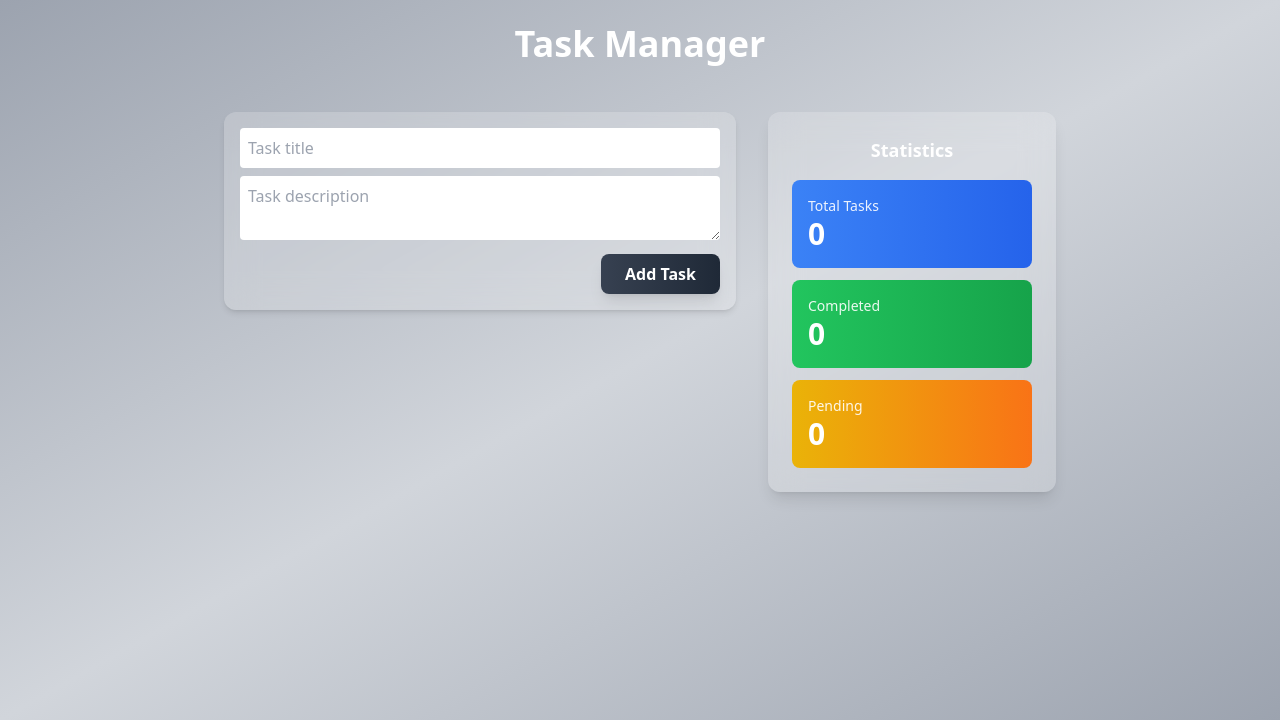
Repository: Meenakshi-commits/mern-task-manager
Page: / (app in client/)
The author's editor kept a copy of each file at every save. The page is drawn from the files as they stood at one save, then again after the next save.
The browser window is 1280 px wide. The pictures show the whole page.
The page's requests for data from a server got no answer. The project was rebuilt for these pictures with package versions that can differ from the ones it lists, and the page was loaded fresh each time. No one was signed in, and anything a server would have sent is missing. Also part of the build but not shown: client/vite.config.js, client/src/components/TaskItem.jsx.

Above is the page before, as saved 2026-01-09 17:41:48.

After the next save:
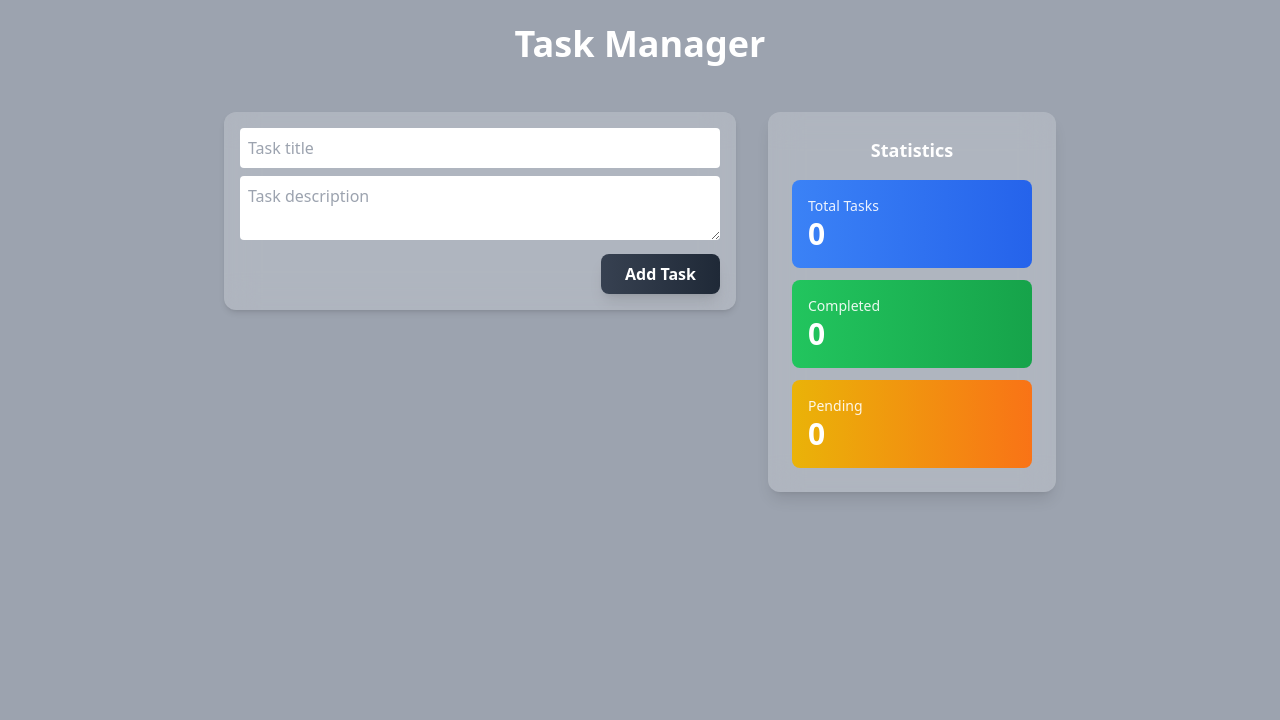
Saved 8 s later.
--- a/client/src/App.jsx
+++ b/client/src/App.jsx
@@ -19,7 +19,7 @@ export default function App() {
   const pending = tasks.length - completed;
 
   return (
-    <div className="min-h-screen bg-gradient-to-br from-gray-400 via-gray-300 to-gray-400 p-6">
+    <div className="min-h-screen bg-gradient-to-br from-gray-400 via-gray-00 to-gray-400 p-6">
       <h1 className="text-4xl font-bold text-center mb-12 text-white">
         Task Manager
       </h1>
